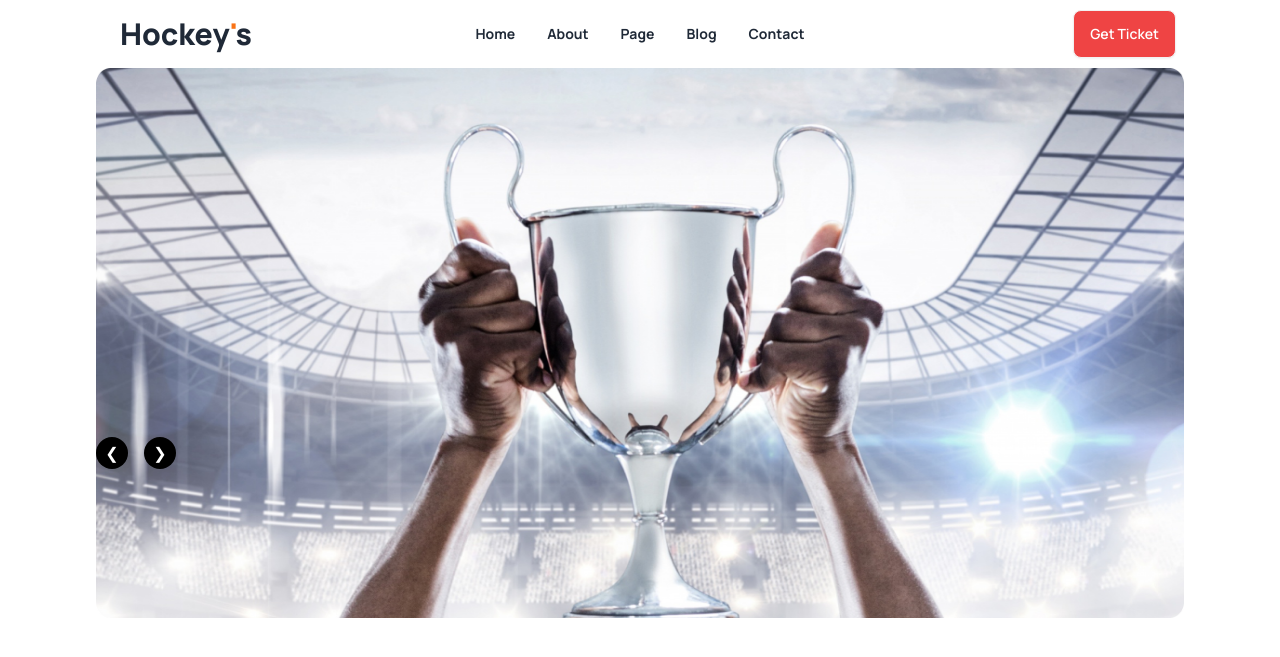
Repository: RudrasahaDibos/Hockey-
Page: index.html
The author's editor kept a copy of each file at every save. The page is drawn from the files as they stood at one save, then again after a run of saves.
The browser window is 1280 px wide. The pictures show the whole page.
Some web libraries are served in a nearby version.

Above is the page before, as saved 2024-10-23 19:27:33.

### index.html
<!DOCTYPE html>
<html lang="en">
<head>
    <meta charset="UTF-8">
    <meta name="viewport" content="width=device-width, initial-scale=1.0">
    <title>Hockeys</title>
    <!-- Tailwinds css -->
    <link href="https://cdn.jsdelivr.net/npm/daisyui@4.12.13/dist/full.min.css" rel="stylesheet" type="text/css" />
    <script src="https://cdn.tailwindcss.com"></script>
    <!-- Font asome -->
    <link rel="stylesheet" href="https://cdnjs.cloudflare.com/ajax/libs/font-awesome/6.6.0/css/all.min.css" integrity="sha512-Kc323vGBEqzTmouAECnVceyQqyqdsSiqLQISBL29aUW4U/M7pSPA/gEUZQqv1cwx4OnYxTxve5UMg5GT6L4JJg==" crossorigin="anonymous" referrerpolicy="no-referrer" />
   <!-- tailwind custom css -->
   <script>
    tailwind.config = {
      theme: {
        extend: {
          colors: {
            clifford: '#da373d',
          }
        }
      }
    }
  </script>
  <!-- google Font  -->
  <link rel="preconnect" href="https://fonts.googleapis.com">
  <link rel="preconnect" href="https://fonts.gstatic.com" crossorigin>
  <link href="https://fonts.googleapis.com/css2?family=Manrope:wght@200..800&display=swap" rel="stylesheet">

  <style>
.manrope {
  font-family: "Manrope", serif;
}
  </style>

</head>
<body class="manrope">
    <!-- header section start here -->
       <header class="container mx-auto lg:px-24 px-8">
                 <!-- navber start here -->
                     <nav>
                        <div class="navbar bg-base-100">
                            <div class="navbar-start">
                              <div class="dropdown">
                                <div tabindex="0" role="button" class="  lg:hidden">
                                  <svg
                                    xmlns="http://www.w3.org/2000/svg"
                                    class="h-5 w-5"
                                    fill="none"
                                    viewBox="0 0 24 24"
                                    stroke="currentColor">
                                    <path
                                      stroke-linecap="round"
                                      stroke-linejoin="round"
                                      stroke-width="2"
                                      d="M4 6h16M4 12h8m-8 6h16" />
                                  </svg>
                                </div>
                                <ul
                                  tabindex="0"
                                  class="menu menu-sm dropdown-content bg-base-100 rounded-box z-[1] mt-3 w-52 p-2 shadow">

                                    <li><a>Home</a></li>
                                    <li><a>About</a></li>
                                    <li><a>Page</a></li>
                                    <li><a>Blog</a></li>
                                    <li><a>Contact</a></li>

                                </ul>
                              </div>

                              <a class=" ml-4 text-3xl font-extrabold ">Hockey<span class="text-orange-500">'</span>s</a>

                            </div>
                            <div class="navbar-center hidden lg:flex">
                              <ul class="menu menu-horizontal px-1">
                                <li class="hover:text-orange-500 font-bold"><a>Home</a></li>
                                <li  class="hover:text-orange-500 font-bold"><a>About</a></li>
                                <li  class="hover:text-orange-500 font-bold"><a>Page</a></li>
                                <li  class="hover:text-orange-500 font-bold"><a>Blog</a></li>
                                <li  class="hover:text-orange-500 font-bold"><a>Contact</a></li>
                              </ul>
                            </div>
                            <div class="navbar-end  lg:ml-0 ml-20">

                              <a class="btn bg-red-500 text-white  ">Get Ticket</a>
                            </div>
                          </div>
                     </nav>
                 <!-- navber end here -->

                  <!-- banner start here -->
                     <div>
                      <div class="carousel w-full">
                        <div id="slide1" class="carousel-item relative w-full ">
                          <img
                            src="Images/1.png"
                            class="w-full lg:h-[550px] " />
                          <div class="absolute lg:left-0 lg:right-0 lg:top-[60%] left-[90px] top-[80%] flex -translate-y-1/2 transform gap-4">
                            <div class=" h-8 w-8 rounded-full bg-black text-white flex justify-center items-center ">
                              <a href="#slide4" class="lg:btn lg:btn-circle">❮</a>
                            </div>
                            <div class="h-8 w-8 rounded-full bg-black text-white flex justify-center items-center">
                              <a href="#slide2" class="lg:btn lg:btn-circle ">❯</a>
                            </div>
                          </div>
                        </div>
                        <div id="slide2" class="carousel-item relative w-full">
                          <img
                            src="Images/2.png"
                            class="w-full h-[550px]" />
                            <div class="absolute lg:left-0 lg:right-0 lg:top-[60%] left-[90px] top-[80%] flex -translate-y-1/2 transform gap-4">
                              <div class=" h-8 w-8 rounded-full bg-black text-white flex justify-center items-center ">
                                <a href="#slide1" class="lg:btn lg:btn-circle">❮</a>
                              </div>
                              <div class="h-8 w-8 rounded-full bg-black text-white flex justify-center items-center">
                                <a href="#slide3" class="lg:btn lg:btn-circle ">❯</a>
                              </div>
                            </div>
                        </div>
                        <div id="slide3" class="carousel-item relative w-full">
                          <img
                            src="Images/3.png"
                            class="w-full" />
                            <div class="absolute lg:left-0 lg:right-0 lg:top-[60%] left-[90px] top-[80%] flex -translate-y-1/2 transform gap-4">
                              <div class=" h-8 w-8 rounded-full bg-black text-white flex justify-center items-center ">
                                <a href="#slide1" class="lg:btn lg:btn-circle">❮</a>
                              </div>
                              <div class="h-8 w-8 rounded-full bg-black text-white flex justify-center items-center">
                                <a href="#slide3" class="lg:btn lg:btn-circle ">❯</a>
                              </div>
                            </div>
                        </div>
                        <div id="slide4" class="carousel-item relative w-full">
                          <img
                            src="Images/4.png"
                            class="w-full" />
                          <div class="absolute left-5 right-5 top-1/2 flex -translate-y-1/2 transform justify-between">
                            <a href="#slide3" class="btn btn-circle">❮</a>
                            <a href="#slide1" class="btn btn-circle">❯</a>
                          </div>
                        </div>
                      </div>



                     </div>


                   <!-- banner end here -->
       </header>
       <!-- Header section End here -->

       <!-- Main secetion start here  -->
        <main>

        </main>
        <!-- main section end here -->

</body>
</html>

After the next 4 saves:
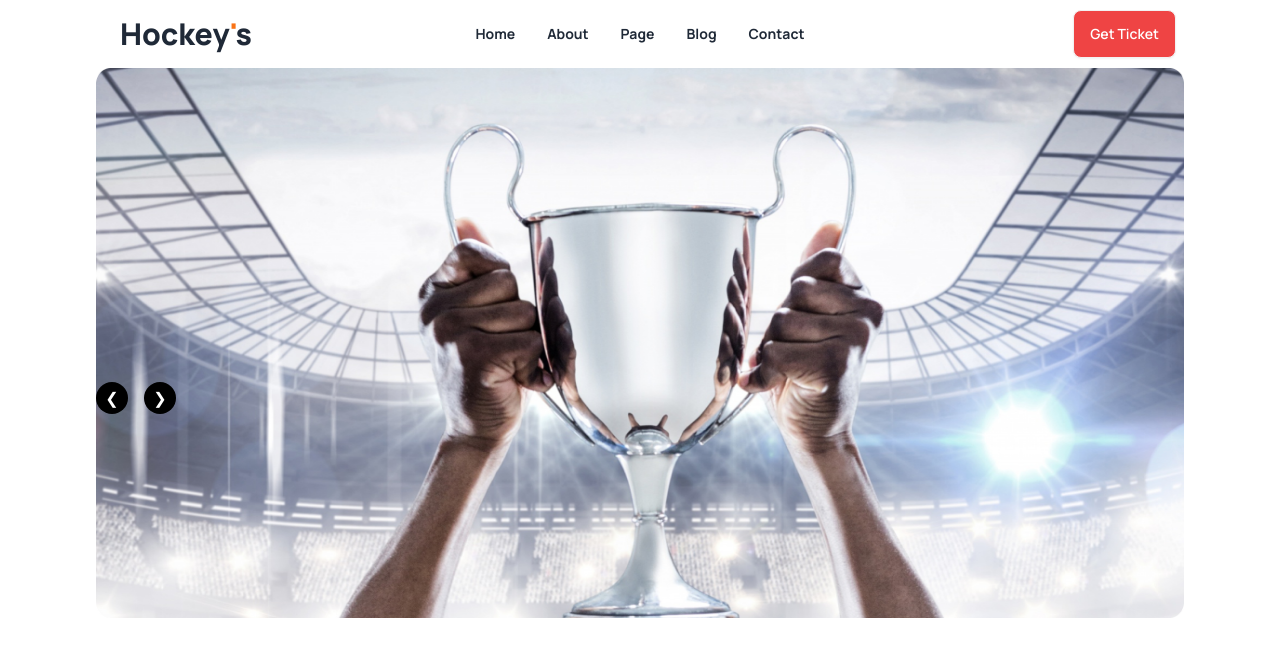
The 4 saves are shown as one change because they came seconds apart.
The last was saved 13 s later.
--- a/index.html
+++ b/index.html
@@ -120,13 +120,13 @@
                         <div id="slide3" class="carousel-item relative w-full">
                           <img
                             src="Images/3.png"
-                            class="w-full" />
+                            class="w-full h-[550px]" />
                             <div class="absolute lg:left-0 lg:right-0 lg:top-[60%] left-[90px] top-[80%] flex -translate-y-1/2 transform gap-4">
                               <div class=" h-8 w-8 rounded-full bg-black text-white flex justify-center items-center ">
-                                <a href="#slide1" class="lg:btn lg:btn-circle">❮</a>
+                                <a href="#slide2" class="lg:btn lg:btn-circle">❮</a>
                               </div>
                               <div class="h-8 w-8 rounded-full bg-black text-white flex justify-center items-center">
-                                <a href="#slide3" class="lg:btn lg:btn-circle ">❯</a>
+                                <a href="#slide4" class="lg:btn lg:btn-circle ">❯</a>
                               </div>
                             </div>
                         </div>
